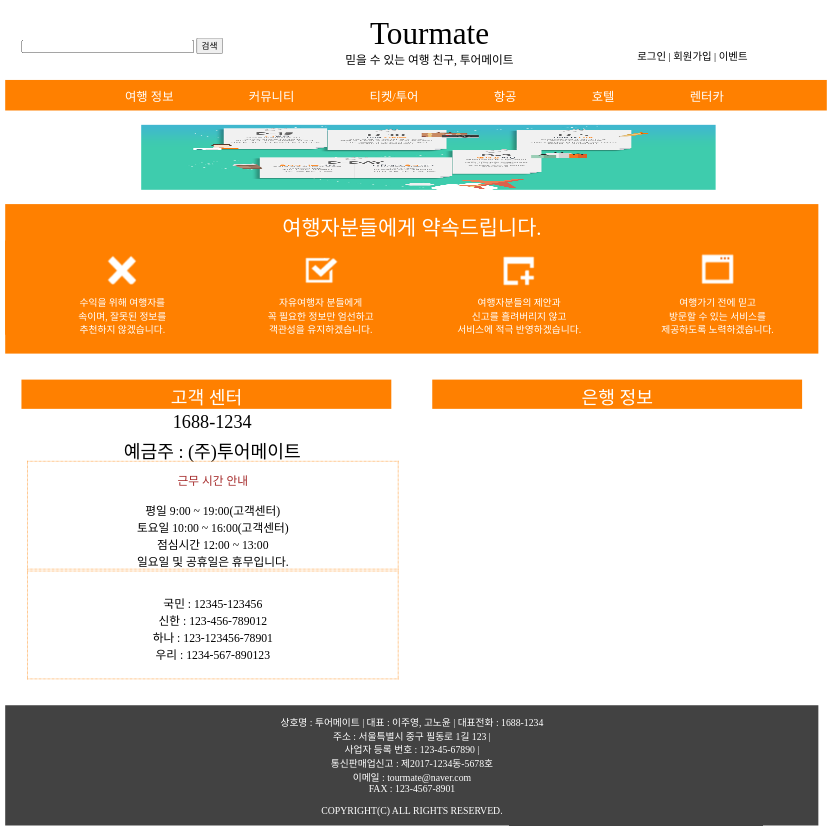
Repository: nohyoonko/2017-2-WP-Tourmate
Page: http://localhost/Tourmate/여행_준비.jsp
The author's editor kept a copy of each file at every save. The page is drawn from the files as they stood at one save, then again after the next save.
The browser window is 1280 px wide. The pictures show the whole page, at 65% of full size.
Some web libraries are served in a nearby version. The page is served by Tomcat 9.

Above is the page before, as saved 2017-12-06 05:37:45.

After the next save:
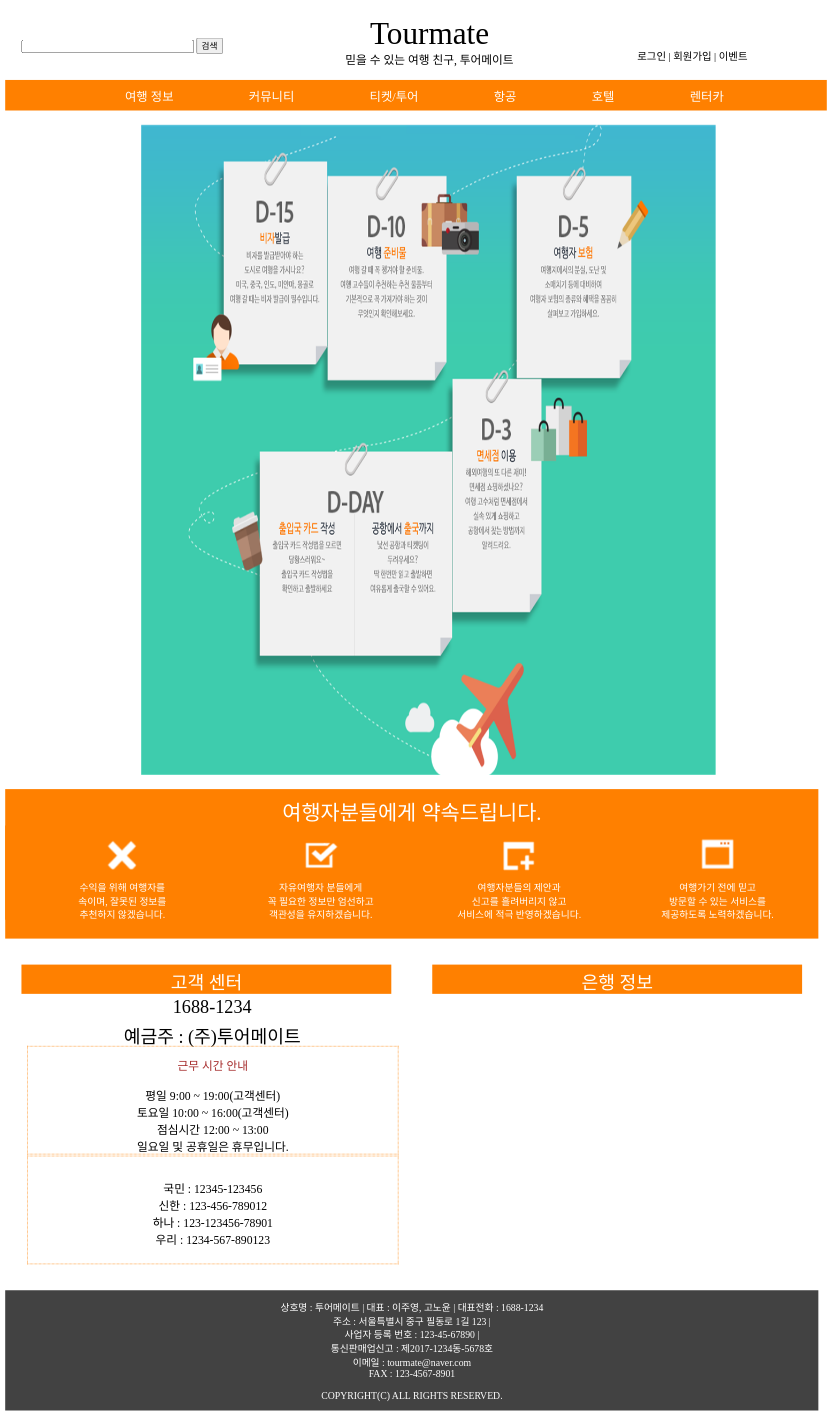
Saved 23 s later.
--- a/eclipse-workspace/Tourmate/WebContent/여행_준비.jsp
+++ b/eclipse-workspace/Tourmate/WebContent/여행_준비.jsp
@@ -8,7 +8,7 @@
 		<style>
 		#box {
 			width:70%;
-			height:100px;
+			height:1000px;
 			margin-left:3%;
 		}
 		</style>
